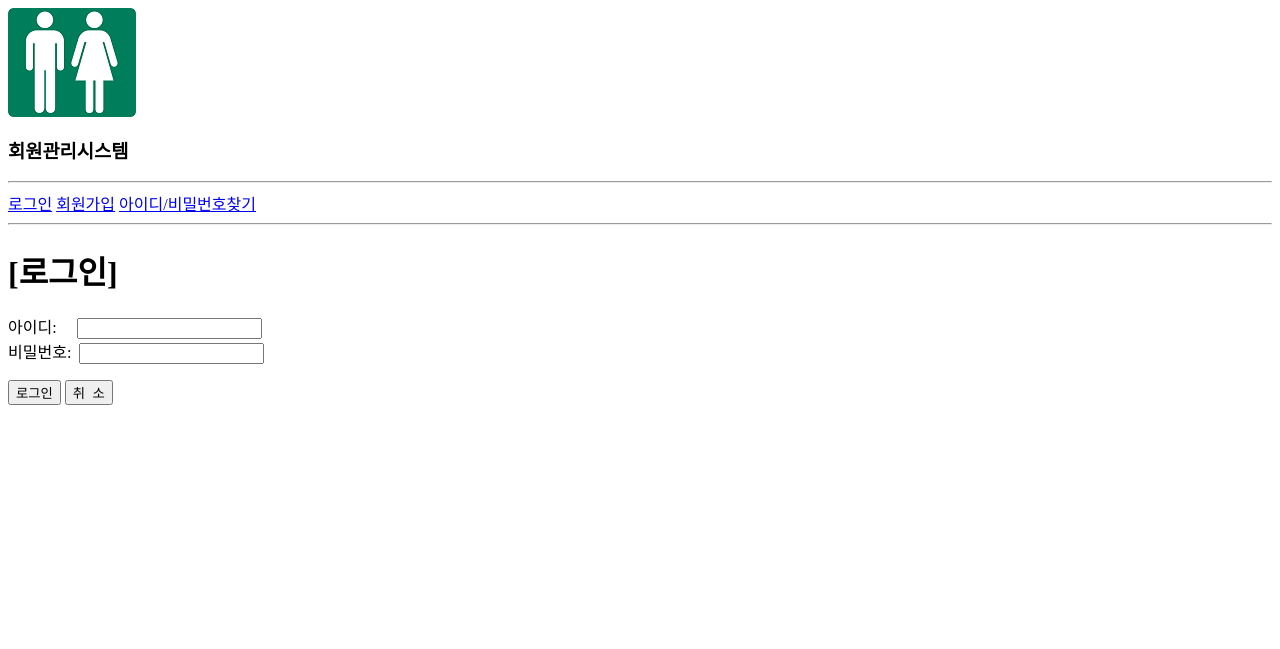
Repository: helloJunejun/WorkSpace_WebUi
Page: 0.1html_basic/src/main/webapp/joinMember.html
The author's editor kept a copy of each file at every save. The page is drawn from the files as they stood at one save, then again after the next save.
The browser window is 1280 px wide. The pictures show the whole page.

Above is the page before, as saved 2021-06-23 07:56:10.

After the next save:
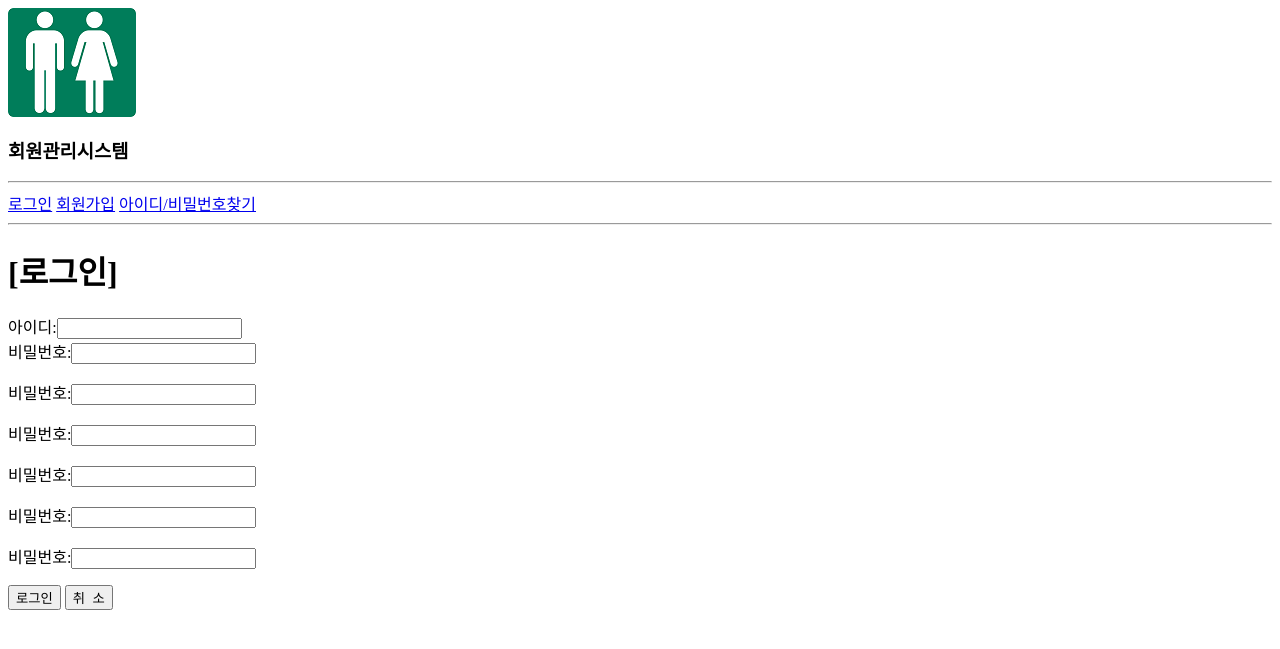
Saved 16 h 16 min later.
--- a/0.1html_basic/src/main/webapp/joinMember.html
+++ b/0.1html_basic/src/main/webapp/joinMember.html
@@ -29,8 +29,13 @@
 		<hr>
 	<h1>[로그인]</h1>
 	<form action="result.html" method="post">
-		아이디:&nbsp;&nbsp;&nbsp;&nbsp;&nbsp;<input type="text" name="memberId"><br>
-		비밀번호:&nbsp;&nbsp;<input type="password" name="memberPw"><p>
+		아이디:<input type="text" name="memberId"><br>
+		비밀번호:<input type="password" name="memberPw"><p>
+		비밀번호:<input type="password" name="memberPw"><p>
+		비밀번호:<input type="password" name="memberPw"><p>
+		비밀번호:<input type="password" name="memberPw"><p>
+		비밀번호:<input type="password" name="memberPw"><p>
+		비밀번호:<input type="password" name="memberPw"><p>
 
 		<input type="submit" value="로그인">
 		<input type="reset" value="취  소">
